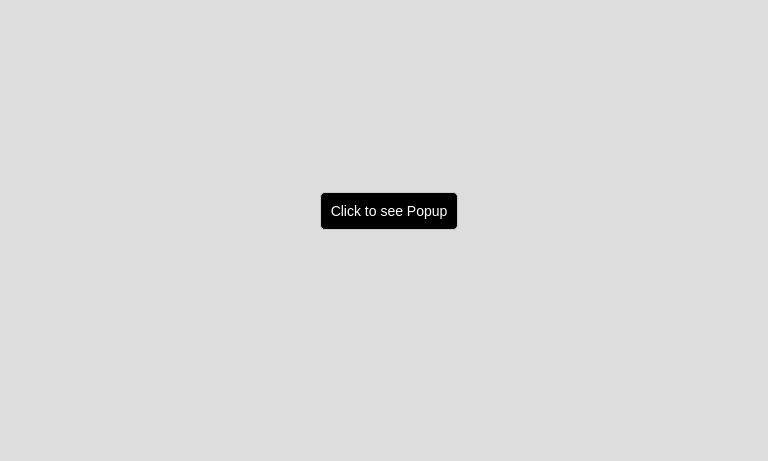
Repository: ble-syn/reactModal
Page: /
These files come from the project's save history. The page is drawn as it stood at one moment and after the next save; the edit follows.
The browser window is 768 px wide. The pictures show the whole page.
The project was rebuilt for these pictures with package versions that can differ from the ones it lists, and the page was loaded fresh each time. Also part of the build but not shown: src/components/Modal.jsx.

Above is the page before, as saved 2022-11-10 21:40:45.

After the next save:
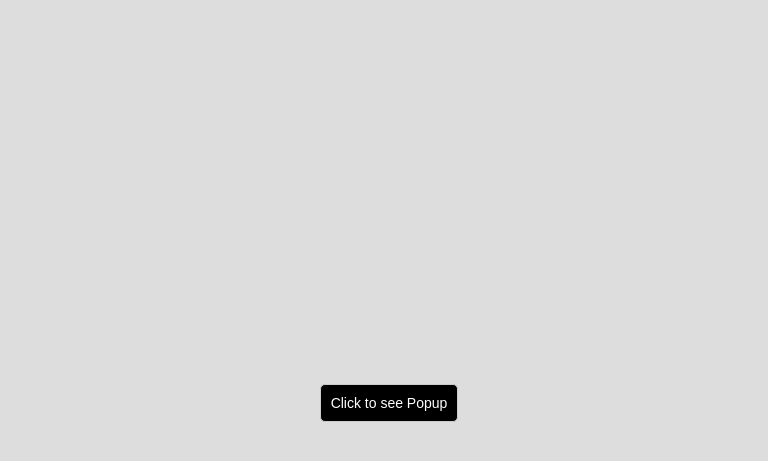
Saved 100 s later.
--- a/src/index.css
+++ b/src/index.css
@@ -118,6 +118,8 @@
     width: 80%;
   }
   .btn-div {
+    margin: 50% auto 0;
     width: 50%;
   }
+
 }
